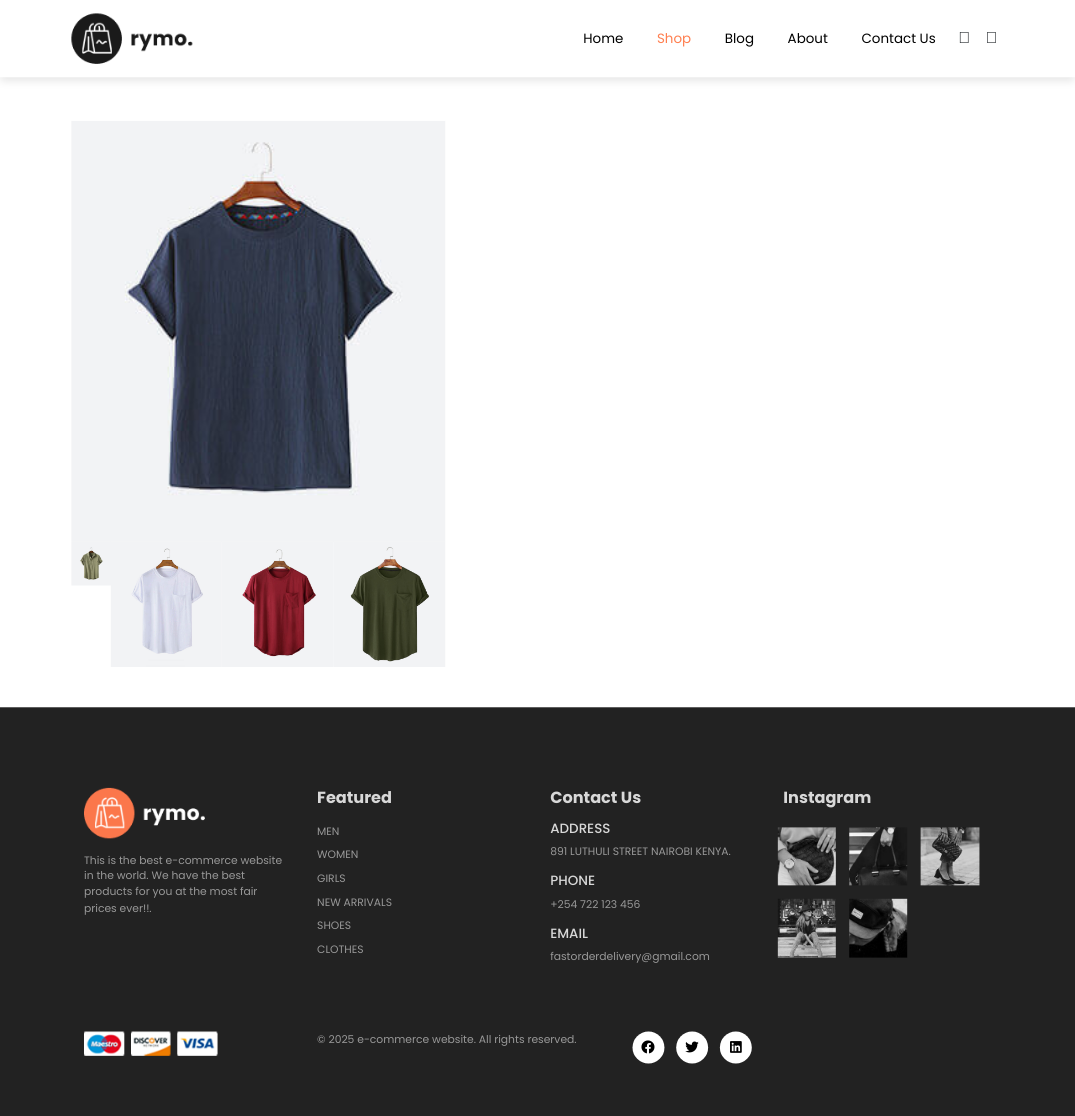
Repository: peter417waweru/e-commerce-UI
Page: sproduct.html
The author's editor kept a copy of each file at every save. The page is drawn from the files as they stood at one save, then again after the next save.
The browser window is 1280 px wide. The pictures show the whole page, at 84% of full size.
Some web libraries are served in a nearby version.

Above is the page before, as saved 2025-02-08 15:36:26.

### sproduct.html
<!DOCTYPE html>
<html lang="en">

    <head>
        <meta charset="UTF-8">
        <meta http-equiv="X-UA-Compatible" content="IE=edge">
        <meta name="viewport" content="width=device-width, initial-scale=1.0">
        <title>Product Details</title>

        <link rel="stylesheet" href="https://cdn.jsdelivr.net/npm/bootstrap@4.1.3/dist/css/bootstrap.min.css"
        integrity="sha384-MCw98/SFnGE8fJT3GXwEOngsV7Zt27NXFoaoApmYm81iuXoPkFOJwJ8ERdknLPMO" crossorigin="anonymous">

        <link rel="stylesheet" href="https://pro.fontawesome.com/releases/v5.10.0/css/all.css" />

        <link rel="stylesheet" href="./style.css">
        <link rel="stylesheet" href="./sproduct.css">
    </head>

    <body>
        <nav class="navbar navbar-expand-lg navbar-light bg-white py-3 fixed-top">
            <div class="container">
              <img src="img/logo1.png" alt="">
              <button class="navbar-toggler" type="button" data-bs-toggle="collapse" data-bs-target="#navbarSupportedContent"
              aria-controls="navbarSupportedContent" aria-expanded="false" aria-label="Toggle navigation">
                <span><i id="bar" class="fas fa-bars"></i></span>
              </button>
              <div class="collapse navbar-collapse" id="navbarSupportedContent">
                <ul class="navbar-nav ml-auto">
                  <li class="nav-item">
                    <a class="nav-link" aria-current="page" href="index.html">Home</a>
                  </li>
                  <li class="nav-item">
                    <a class="nav-link active" aria-current="page" href="shop.html">Shop</a>
                  </li>
                  <li class="nav-item">
                    <a class="nav-link" aria-current="page" href="#">Blog</a>
                  </li>
                  <li class="nav-item">
                    <a class="nav-link" aria-current="page" href="#">About</a>
                  </li>
                  <li class="nav-item">
                    <a class="nav-link" aria-current="page" href="#">Contact Us</a>
                  </li>
                  <li class="nav-item">
                    <i class="fal fa-search"></i>
                    <i class="fal fa-shopping-bag"></i>
                  </li>


                </ul>

              </div>
            </div>
        </nav>

        <section class="container sproduct my-5 pt-5">
            <div class="row mt-5">
                <div class="col-lg-5 col-mid-12 col-12">
                    <img class="img-fluid w-100" src="img/shop/1.jpg" alt="">

                    <div class="small-img-group">
                        <div class="small-img-col">
                            <img src="img/shop/23.jpg" width="100%" class="small-img" alt="">
                        </div>
                        <div class="small-img-col">
                            <img src="img/shop/24.jpg" width="100%" class="small-img" alt="">
                        </div>
                        <div class="small-img-col">
                            <img src="img/shop/25.jpg" width="100%" class="small-img" alt="">
                        </div>
                        <div class="small-img-col">
                            <img src="img/shop/26.jpg" width="100%" class="small-img" alt="">
                        </div>
                    </div>
                </div>
                <div></div>
            </div>
        </section>



        <footer class="mt-5 py-5">
            <div class="row container mx-auto pt-5">
              <div class="footer-one col-lg-3 col-md-6 col-12">
                <img src="img/logo2.png" alt="">
                <p class="pt-3">This is the best e-commerce website in the world.
                   We have the best products for you at the most fair prices ever!!.</p>
              </div>
              <div class="footer-one col-lg-3 col-md-6 col-12">
                <h4 class="pb-2">Featured</h4>
                <ul class="text-uppercase list-unstyled">
                  <li><a href="#">men</a></li>
                  <li><a href="#">women</a></li>
                  <li><a href="#">girls</a></li>
                  <li><a href="#">new arrivals</a></li>
                  <li><a href="#">shoes</a></li>
                  <li><a href="#">clothes</a></li>
                </ul>
              </div>
              <div class="footer-one col-lg-3 col-md-6 col-12 mb-3">
                <h4 class="pb-2">Contact Us</h4>
                <div>
                  <h6 class="text-uppercase">Address</h6>
                <p>891 LUTHULI STREET NAIROBI KENYA.</p>
                </div>
                <div>
                  <h6 class="text-uppercase">Phone</h6>
                <p>+254 722 123 456</p>
                </div>
                <div>
                  <h6 class="text-uppercase">Email</h6>
                <p>fastorderdelivery@gmail.com</p>
                </div>
              </div>
              <div class="footer-one col-lg-3 col-md-6 col-12 mb-3">
                <h4 class="pb-2">Instagram</h4>
                <div class="row">
                  <img class="img-fluid w-25 h-100 m-2" src="img/insta/1.jpg" alt="">
                  <img class="img-fluid w-25 h-100 m-2" src="img/insta/2.jpg" alt="">
                  <img class="img-fluid w-25 h-100 m-2" src="img/insta/3.jpg" alt="">
                  <img class="img-fluid w-25 h-100 m-2" src="img/insta/4.jpg" alt="">
                  <img class="img-fluid w-25 h-100 m-2" src="img/insta/5.jpg" alt="">
                </div>
              </div>
            </div>
            <div class="copyright mt-5">
              <div class="row container mx-auto">
                <div class="col-lg-3 col-md-6 col-12 mb-4">
                  <img class="img-fluid" src="img/payment.png" alt="">
                </div>
                <div class="col-lg-4 col-md-6 col-12 text-nowrap mb-2">
                  <p>© 2025 e-commerce website. All rights reserved.</p>
                </div>
                <div class="col-lg-4 col-md-6 col-12">
                  <a href="#"><i class="fab fa-facebook"></i></a>
                  <a href="#"><i class="fab fa-twitter"></i></a>
                  <a href="#"><i class="fab fa-linkedin"></i></a>
                </div>
              </div>
            </div>
        </footer>


        <script src="https://cdn.jsdelivr.net/npm/@popperjs/core@2.9.1/dist/umd/popper.min.js"
            integrity="sha384-SR1sx49pcuLnqZUnnPwx6FCym0wLsk5JZuNx2bPPENzswTNFaQU1RDvt3wT4gWFG"
            crossorigin="anonymous">
        </script>
        <script src="https://cdn.jsdelivr.net/npm/bootstrap@5.0.0-beta3/dist/js/bootstrap.min.js"
            integrity="sha384-j0CNLUeiqtyaRmlzUHCPZ+Gy5fQu0dQ6eZ/xAww941Ai1SxSY+0EQqNXNE6DZiVc"
            crossorigin="anonymous">
        </script>
    </body>

</html>

### style.css
@import url("https://fonts.googleapis.com/css2?family=Poppins:wght@100;200;300;400;500;600;700;800;900&display=swap");
* {
  margin: 0;
  padding: 0;
  box-sizing: border-box;
}

body {
  font-family: "Poppins", sans-serif;
}

h1 {
  font-size: 2.5rem;
  font-weight: 700;
}

h2 {
  font-size: 1.8rem;
  font-weight: 600;
}

h3 {
  font-size: 1.4rem;
  font-weight: 800;
}

h4 {
  font-size: 1.1rem;
  font-weight: 600;
}

h5 {
  font-size: 1rem;
  font-weight: 400;
  color: #1d1d1d;
}

h6 {
  color: #d8d8d8;
}

hr {
  width: 30px;
  height: 2px;
  background-color: #fb774b;
}

.star {
  padding: 10px 0;
}

.star i{
  font-size: 0.8rem;
  color: goldenrod;
}

button {
  font-size: 0.8rem;
  font-weight: 700;
  outline: none;
  border: none;
  background-color: #1d1d1d;
  color: aliceblue;
  padding: 13px 30px;
  cursor: pointer;
  text-transform: uppercase;
  transition: 0.3s ease;
}

button:hover {
  background-color: #3a3833;
}

hr {
  width: 30px;
  height: 2px;

}

.navbar {
  font-size: 16px;
  background-color: #d8d8d8;
  top: 0;
  left: 0;
  box-shadow: 0 5px 10px rgba(0, 0, 0, 0.1);
}

.navbar-light .navbar-nav .nav-link{
  padding: 0 20px;
  color: black;
  transition: 0.3s ease;
}

.navbar-light .navbar-nav .nav-link:hover,
.navbar i:hover,
.navbar-light .navbar-nav .nav-link.active,
.navbar i.active
{
  color: coral;
}



.navbar i{
  font-size: 1.2rem;
  padding: 0 7px;
  cursor: pointer;
  transition: 0.3s ease;
}

/* Mobile Nav*/


.navbar-light .navbar-toggler{
  border: none;
  outline: none;
}

#bar {
  font-size: 1.5rem;
  padding: 7px;
  cursor: pointer;
  font-weight: 500;
  color: black;
  transition: 0.3s ease;
}

#bar:hover,
#bar.active{
  color: #fff;
}

@media only screen and (max-width: 990px) {

  body > nav > div > button:hover ,
  body > nav > div > button:focus {
    background-color: #fb774b;
  }

  body > nav > div > button:hover #bar,
  body > nav > div > button:focus #bar {
    background-color: #fb774b;
  }

  #navbarSupportedContent > ul {
    margin: 1rem;
    justify-content: flex-end;
    align-items: flex-end;
    text-align: right;
  }

  #navbarSupportedContent > ul > li:nth-child(n) > a {
    padding: 10px 0;
  }
}


#home {
  background-image: url("img/back.jpg");
  width: 100%;
  height: 100vh;
  background-size: cover;
  background-position: top 70px center;
  display: flex;
  flex-direction: column;
  align-items: flex-start;
  justify-content: center;

}

#home span{
  color: coral;
}

#new .one img{
  width: 100%;
  height: 100%;
  background-position: center center;
  background-repeat: no-repeat;
  background-size: cover;
  position: relative;
}


#new .row .one .details{
  position: absolute;
  width: 100%;
  height: 100%;
  top: 0;
  left: 0;
  transition: 0.3s ease;
}

#new .row .one:hover .details{
  cursor: pointer;
  background-color: rgba(255, 178, 178, 0.8);
}

#new .row .one .details button{
 display: inline-block;
 font-size: 14px;
 font-weight: 500;
 color: #2a2a2a;
 background: none;
 text-transform: uppercase;
 border-bottom: 1px solid #2a2a2a;
 padding: 1.5px;
 transform: translateY(70px);
 transition: 0.3s ease;
}

#new .row .one .details button:hover{
  cursor: pointer;
  color: #fff;
  border-bottom: 1px solid #fff;
}

#new .row .one:nth-child(1) .details{
  display: flex;
  justify-content: center;
  flex-direction: column;
  align-items: flex-start;
  text-align: start;
}

#new .row .one:nth-child(2) .details{
  display: flex;
  justify-content: center;
  flex-direction: column;
  align-items: center;
  text-align: center;
}

#new .row .one:nth-child(3) .details{
  display: flex;
  justify-content: center;
  flex-direction: column;
  align-items: flex-end;
  text-align: end;
}

/*Products*/

.product {
  cursor: pointer;
  margin-bottom: 2rem;
}

.product img{
  transition: 0.3s all;

}

.product img:hover{
  opacity: 0.7;
}

.product .buy-btn{
  background: #fb774b;
  transform: translateY(20px);
  opacity: 0;
  transition: 0.3s all;
}
.product:hover .buy-btn{
  transform: translateY(0px);
  opacity: 1;
}

#banner {
  background-image: url("img/banner/2.jpg");
  width: 100%;
  height: 60vh;
  background-size: cover;
  background-position: top 70px center;
  background-repeat: no-repeat;
  background-attachment: fixed;
  display: flex;
  flex-direction: column;
  align-items: flex-start;
  justify-content: center;
}

#banner h4{
  color: #D8D8D8;
}

#banner h1{
  color: #D8D8D8;
}

#banner button{
  background-color: #fb774b;
}

footer{
  background-color: #222222;
}

footer h4 {
  color: #D8D8D8;
  font-size: 1.2rem;
  font-weight: 700;
}

footer li {
  padding-bottom: 4px;
}

footer li a {
  font-size: 0.8rem;
  color: #999;
}

footer li a:hover {
  color: #D8D8D8;
}

footer p{
  color: #999;
  font-size: 0.8rem;
}

footer .copyright a{
  color: #000;
  width: 38px;
  height: 38px;
  background-color: #fff;
  display: inline-block;
  text-align: center;
  line-height: 38px;
  border-radius: 50%;
  transition: 0.3s ease;
  margin: 0 5px;

}

footer .copyright a:hover{
  color: #fff;
  background-color: #fb774b;
}

### sproduct.css
.small-img-group{
    display: flex;
    justify-content: space-between;
}

After the next save:
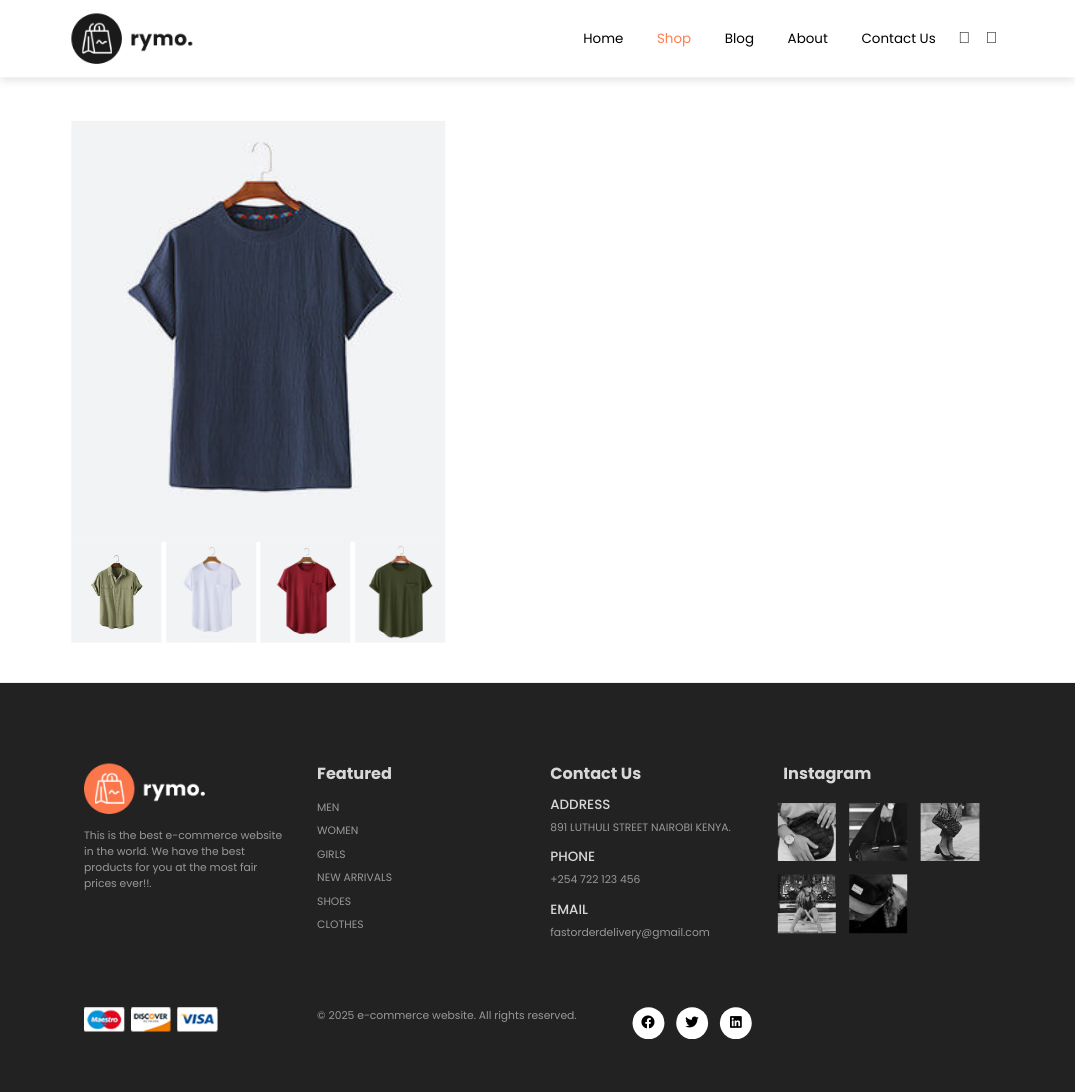
Saved 100 s later.
--- a/sproduct.css
+++ b/sproduct.css
@@ -2,3 +2,8 @@
     display: flex;
     justify-content: space-between;
 }
+
+.small-img-col{
+    flex-basis: 24%;
+    cursor: pointer;
+}
